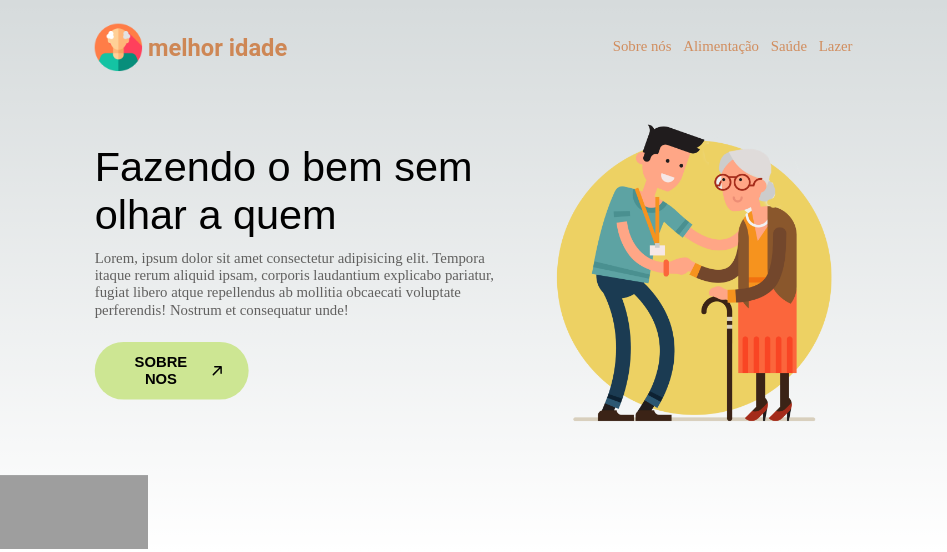
Repository: Giopol12/melhor-idade-online
Page: /home
The author's editor kept a copy of each file at every save. The page is drawn from the files as they stood at one save, then again after the next save.
The browser window is 1280 px wide. The pictures show the whole page, at 74% of full size.
Pictures or frames that could not be fetched are drawn as grey boxes. The project was rebuilt for these pictures with package versions that can differ from the ones it lists, and the page was loaded fresh each time. The framework's server and built-in components were replaced by stand-ins that run in the browser. Also part of the build but not shown: next.config.js.

Above is the page before, as saved 2023-11-21 09:57:14.

After the next save:
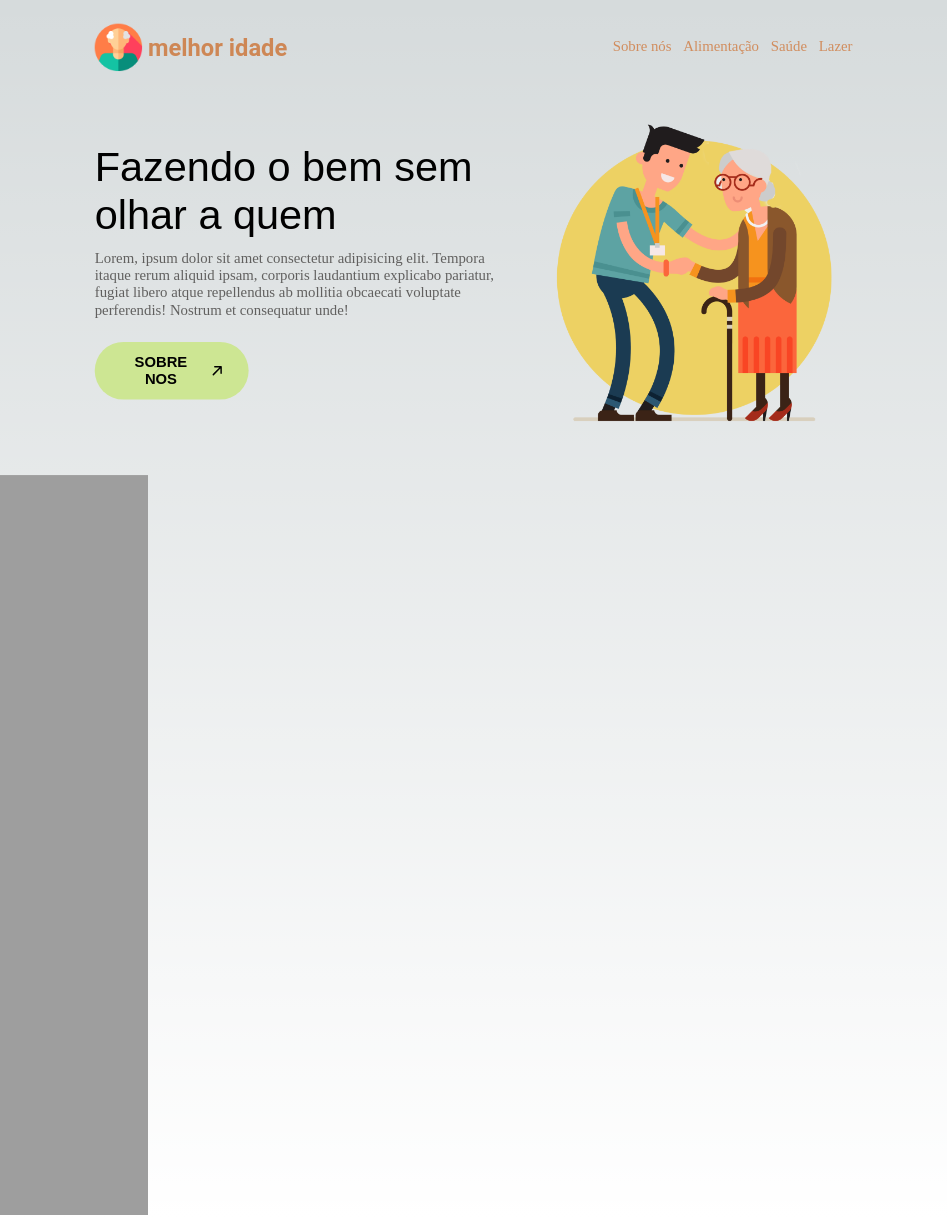
Saved 15 s later.
--- a/src/pages/home/index.tsx
+++ b/src/pages/home/index.tsx
@@ -8,7 +8,7 @@ export default function Home() {
     <Container>
       <Header />
       <HomeMain />
-      <Image src={img} width={200} height={100} />
+      <Image src={img} width={200} height={1000} />
     </Container>
   )
 }
